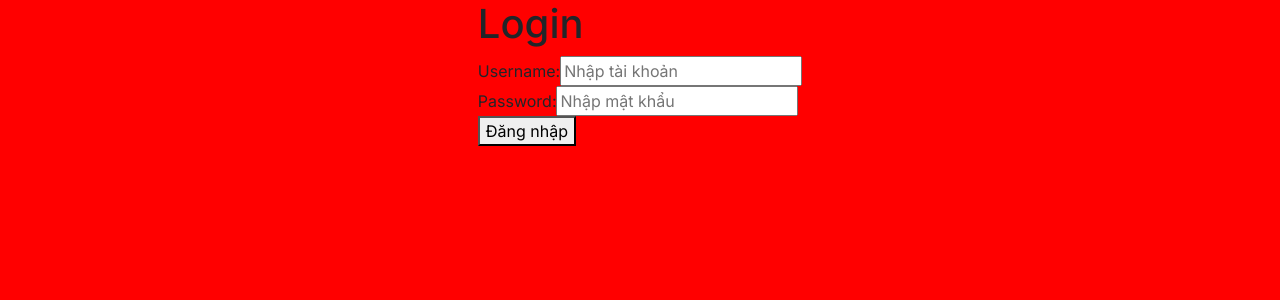
Repository: nghiakma/RFID-RFID-Attendance-System-using-ESP32-Nodejs-Reactjs-Nextjs-
Page: / (app in attendance/)
The author's editor kept a copy of each file at every save. The page is drawn from the files as they stood at one save, then again after the next save.
The browser window is 1280 px wide. The pictures show the whole page.
The page's requests for data from a server got no answer. The project was rebuilt for these pictures with package versions that can differ from the ones it lists, and the page was loaded fresh each time. The framework's server and built-in components were replaced by stand-ins that run in the browser. No one was signed in, and anything a server would have sent is missing. Also part of the build but not shown: attendance/next.config.js, attendance/src/styles/home-page.module.css, attendance/src/styles/tab-home.module.css, attendance/src/pages/api/convert-time.js, attendance/src/pages/api/networking.js, attendance/src/pages/tab-home.js, attendance/src/styles/tab-history.module.css, attendance/src/pages/tab-history.js and 6 more.

Above is the page before, as saved 2023-12-21 14:47:45.

After the next save:
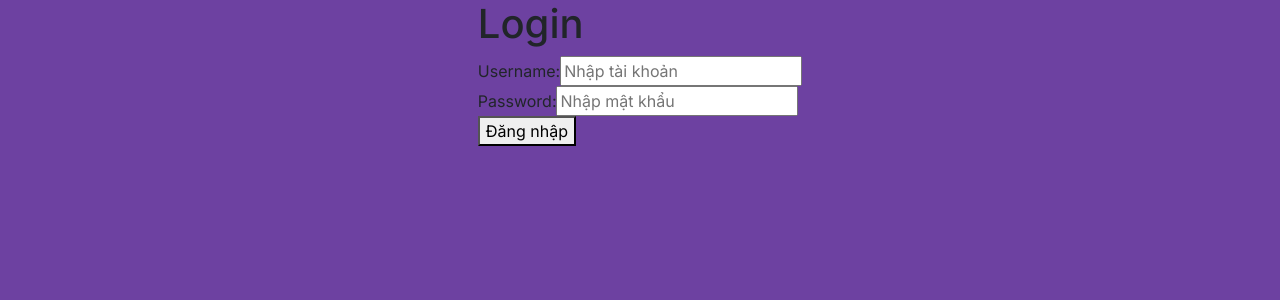
Saved 4 s later.
--- a/attendance/src/pages/login-page.js
+++ b/attendance/src/pages/login-page.js
@@ -6,8 +6,9 @@ const Login = () => {
     return (
         <div
             style={{
-                backgroundColor: 'red', height: '100vh'
-            }}>
+                backgroundColor: '#6d41a1', height: '100vh'
+            }}
+        >
             <div style={{
                 display: 'flex',
                 alignItems: 'center', justifyContent: 'center'
